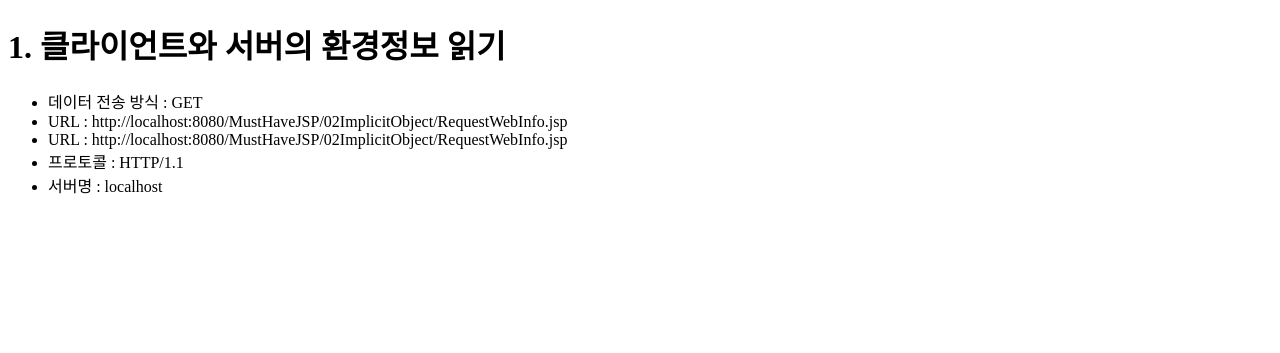
Repository: Park-Dongheon/Servlet-JSP_Training
Page: http://localhost/MustHaveJSP/02ImplicitObject/RequestWebInfo.jsp
These files come from the project's save history. The page is drawn as it stood at one moment and after the next save; the edit follows.
The browser window is 1280 px wide. The pictures show the whole page.
The page is served by Tomcat 10.

Above is the page before, as saved 2024-06-07 00:54:50.

After the next save:
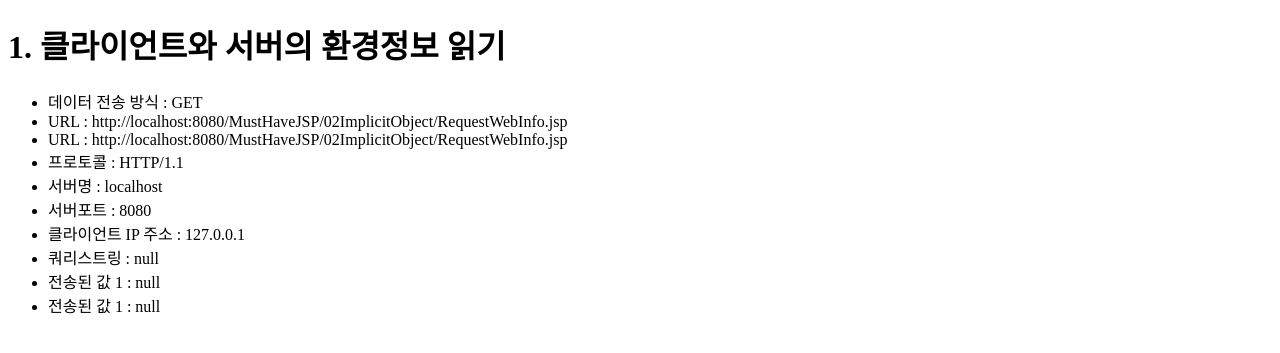
Saved 87 s later.
--- a/MustHaveJSP/src/main/webapp/02ImplicitObject/RequestWebInfo.jsp
+++ b/MustHaveJSP/src/main/webapp/02ImplicitObject/RequestWebInfo.jsp
@@ -14,6 +14,11 @@
 		<li>URL : <%= request.getRequestURL() %></li>
 		<li>프로토콜 : <%= request.getProtocol() %></li>
 		<li>서버명 : <%= request.getServerName() %></li>
+		<li>서버포트 : <%= request.getServerPort() %></li>
+		<li>클라이언트 IP 주소 : <%= request.getRemoteAddr() %></li>
+		<li>쿼리스트링 : <%= request.getQueryString() %></li>
+		<li>전송된 값 1 : <%= request.getParameter("eng") %></li>
+		<li>전송된 값 1 : <%= request.getParameter("han") %></li>
 	</ul>
 </body>
 </html>
